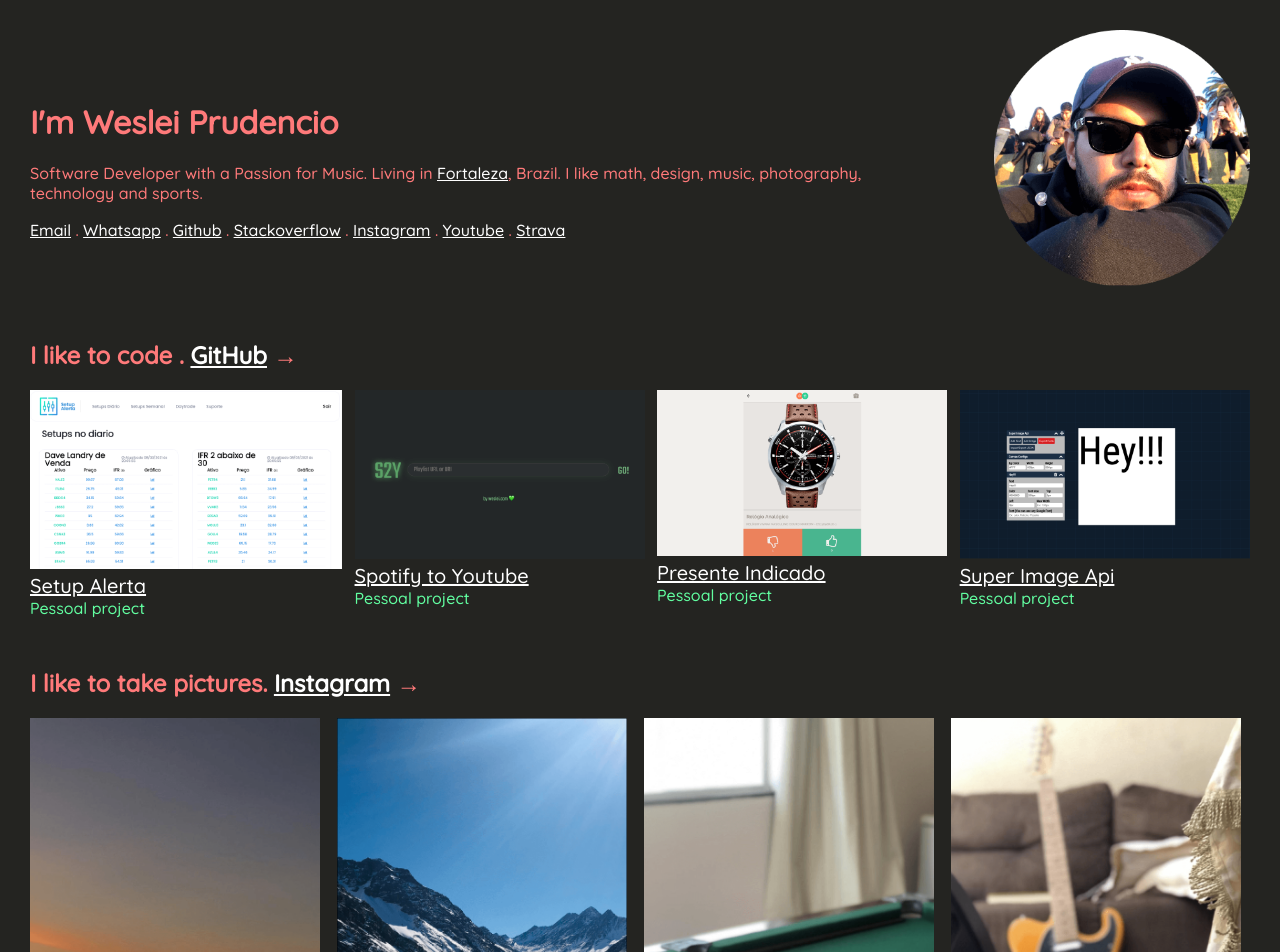
Repository: wprudencio/mywebsite
Page: index_src.html
These files come from the project's save history. The page is drawn as it stood at one moment and after the next save; the edit follows.
The browser window is 1280 px wide. The pictures show the part of the page from y = 0 to 952 px (the page is 1973 px tall before and 1962 px after).

Above is the page before, as saved 2021-04-15 21:17:11.

### index_src.html
<!DOCTYPE html>
<html lang="en">
  <head>
    <meta charset="UTF-8" />
    <meta name="viewport" content="width=device-width, initial-scale=1.0" />
    <meta http-equiv="X-UA-Compatible" content="ie=edge" />
    <meta name="description" content="Software Developer with a Passion for Music. I like math, design, music, photography, technology and sports.">
    <meta name="keywords" content="Software Engineer,nodejs,node,node.js,javascript,react,react-native,react,postgree,dokku,docker,css,html,fullstack,fullstack developer">
    <title>Weslei Prudencio - Fullstack Developer</title>
    <link rel="stylesheet" type="text/css" href="style.css" />
    <link rel="preconnect" href="https://fonts.gstatic.com" />
    <link rel="shortcut icon" href="img/favicon.ico">
    <link
      href="https://fonts.googleapis.com/css2?family=Quicksand:wght@500&display=swap"
      rel="stylesheet"
    />
  </head>
  <body>
    <div class="header">
      <div class="titles">
        <h1 class="title">I'm Weslei Prudencio</h1>
        <div class="subtile subcolor">
          Software Developer with a Passion for Music. Living in <a target="_blank" href="https://www.google.com/maps/search/fortaleza/@-3.7402515,-38.5448821,14.12z">Fortaleza</a>,
          Brazil. I like math, design, music, photography, technology and sports.
        </div>
        <div class="social-links">
          <a target="_blank" href="/img/contactme.png">Email</a> . <a target="_blank" href="https://api.whatsapp.com/send?phone=+5585997731370&text=hey!"> Whatsapp</a> . <a target="_blank" href="https://github.com/wprudencio">Github</a> .
          <a target="_blank" href="https://stackoverflow.com/users/1723176/weslei-prudencio">Stackoverflow</a> . <a target="_blank" href="https://www.instagram.com/wesprudencio/">Instagram</a> .
          <a target="_blank" href="https://www.youtube.com/user/wesleiwpa">Youtube</a> . <a target="_blank" href="https://www.strava.com/athletes/46133690">Strava</a>
        </div>
      </div>
      <div class="profile-picture"><img src="./img/weslei.png" /></div>
    </div>

    <section class="code">
      <h1 class="title">
        I like to code . <a href="https://github.com/wprudencio" target="_blank" class="subcolor">GitHub</a>
        <span class="hide-on-mobile">→</span>
      </h1>
      <div class="hide-on-mobile">

        <div class="code-content">
          <img src="img/screenshot_setupalerta.png" width="300" />
          <div class="title"><a class="title" href="https://www.setupalerta.com.br">Setup Alerta</a></div>
          <div class="subtitle">Pessoal project</div>
          <!-- <div class="description">
            Software Developer with a Passion for Design. Living in Fortaleza,
            Brazil. I like math, design, technology, and found in software
            development the perfect balance. Django
          </div> -->
        </div>
        <div class="code-content">
          <img src="img/screenshot_s2y.png" width="300" />
          <div class="title"><a class="title" href="https://spotifytoyoutube.weslei.com/">Spotify to Youtube</a></div>
          <div class="subtitle">Pessoal project</div>
          <!-- <div class="description">
            Software Developer with a Passion for Design. Living in Fortaleza,
            Brazil. I like math, design, technology, and found in software
            development the perfect balance. Django
          </div> -->
        </div>
        <div class="code-content">
          <img src="img/screenshot_presenteindicado.png" width="300" />
          <div class="title"><a class="title" href="https://presenteindicado.herokuapp.com/">Presente Indicado</a></div>
          <div class="subtitle">Pessoal project</div>
          <!-- <div class="description">
            Software Developer with a Passion for music and design. Living in Fortaleza,
            Brazil. I like music, design, technology, and found in software
            development the perfect balance. Django
          </div> -->
        </div>
        <div class="code-content">
          <img src="img/screenshot_superimageapi.png" width="300" />
          <div class="title"><a class="title" href="https://superimageapi.weslei.com/">Super Image Api</a></div>
          <div class="subtitle">Pessoal project</div>
          <!-- <div class="description">
            Software Developer with a Passion for music and design. Living in Fortaleza,
            Brazil. I like music, design, technology, and found in software
            development the perfect balance. Django
          </div> -->
        </div>
        <!-- <div class="code-content">
          <img src="img/screenshot_s2y.png" width="300" />
          <div class="title">Setup Alerta</div>
          <div class="subtitle">Pessoal project</div>
          <div class="description">
            Software Developer with a Passion for Design. Living in Fortaleza,
            Brazil. I like math, design, technology, and found in software
            development the perfect balance. Django
          </div>
        </div> -->
      </div>
    </section>

    <section class="photo">
      <h1 class="title">
        I like to take pictures. <a href="https://www.instagram.com/wesprudencio/" target="_blank" class="subcolor">Instagram</a href="">
        <span class="hide-on-mobile">→</span>
      </h1>
      <div class="section-content hide-on-mobile">
        <img src="img/photo1.png" />
        <img src="img/photo2.png" />
        <img src="img/photo3.png" />
        <img src="img/photo4.png" />
      </div>
    </section>
    <section class="music">
      <h1 class="title">
        I like to play . <a href="https://www.youtube.com/user/wesleiwpa" target="_blank" class="subcolor">YouTube</a>
        <span class="hide-on-mobile">→</span>
      </h1>
      <div class="section-content hide-on-mobile">
        <iframe
          src="https://www.youtube.com/embed/yPIpGEmBJB4"
          frameborder="0"
          allow="accelerometer; autoplay; clipboard-write; encrypted-media; gyroscope; picture-in-picture"
          allowfullscreen
        ></iframe>
        <iframe
          src="https://www.youtube.com/embed/cLxHDwdbUxs"
          frameborder="0"
          allow="accelerometer; autoplay; clipboard-write; encrypted-media; gyroscope; picture-in-picture"
          allowfullscreen
        ></iframe>
        <iframe
          src="https://www.youtube.com/embed/GoNQzONj6T8"
          frameborder="0"
          allow="accelerometer; autoplay; clipboard-write; encrypted-media; gyroscope; picture-in-picture"
          allowfullscreen
        ></iframe>
        <iframe
          src="https://www.youtube.com/embed/zvhm4AExjm4"
          frameborder="0"
          allow="accelerometer; autoplay; clipboard-write; encrypted-media; gyroscope; picture-in-picture"
          allowfullscreen
        ></iframe>
      </div>
    </section>

    <footer>Made with love in 🇧🇷</footer>


<!-- Global site tag (gtag.js) - Google Analytics -->
<script async src="https://www.googletagmanager.com/gtag/js?id=G-LMNC2LT64Z"></script>
<script>
  window.dataLayer = window.dataLayer || [];
  function gtag(){dataLayer.push(arguments);}
  gtag('js', new Date());

  gtag('config', 'G-LMNC2LT64Z');
</script><!-- Global site tag (gtag.js) - Google Analytics -->
<script async src="https://www.googletagmanager.com/gtag/js?id=G-LMNC2LT64Z"></script>
<script>
  window.dataLayer = window.dataLayer || [];
  function gtag(){dataLayer.push(arguments);}
  gtag('js', new Date());

  gtag('config', 'G-LMNC2LT64Z');
</script>
  </body>
</html>

### style.css
body {
  background-color: #242421;
  font-family: "Quicksand", sans-serif;
  color: #ff7a7a;
  max-width: 1400px;
  margin: 0 auto;
  padding: 30px;
}
section {
  margin-top: 50px;
}
a {
  color: #ffff;
}

.social-links {
  padding-top: 17px;
}

.header {
  display: flex;
  flex-direction: row;
  margin: auto;
}

.code > div {
  display: flex;
}

.code-content:not(:first-child) {
  /* border: 1px solid; */
  max-width: 23.8%;
  padding-left: 1%;
}

/* .code-content {
  margin: 2px;
} */
/*
.code-content :first-child {
  margin: 10px;
} */

.code-content > img {
  width: 100%;
}

.code-content .title {
  font-size: 20px;
}

.code-content .subtitle {
  color: #62ffa1;
}

.code-content .description {
  color: #ffff;
}

.header .titles {
  margin: auto 0;
}

.header .subtile {
  margin-right: 50px;
}

.profile-picture > img {
  width: 256px;
  margin: auto;
}

section.photo img {
  width: 23.8%;

  margin: auto;
}

section.photo img:not(:last-child) {
  padding-right: 1%;
}

section.music iframe {
  width: 23.8%;
  height: 500px;
}

section.music iframe:not(:last-child) {
  padding-right: 1%;
}
footer {
  margin-top: 40px;
}

@media only screen and (min-width: 1077px) {
}

@media only screen and (max-width: 800px) {
  .hide-on-mobile {
    display: none !important;
  }

  .profile-picture > img {
    width: 120px;
    margin: auto;
  }
}

After the next save:
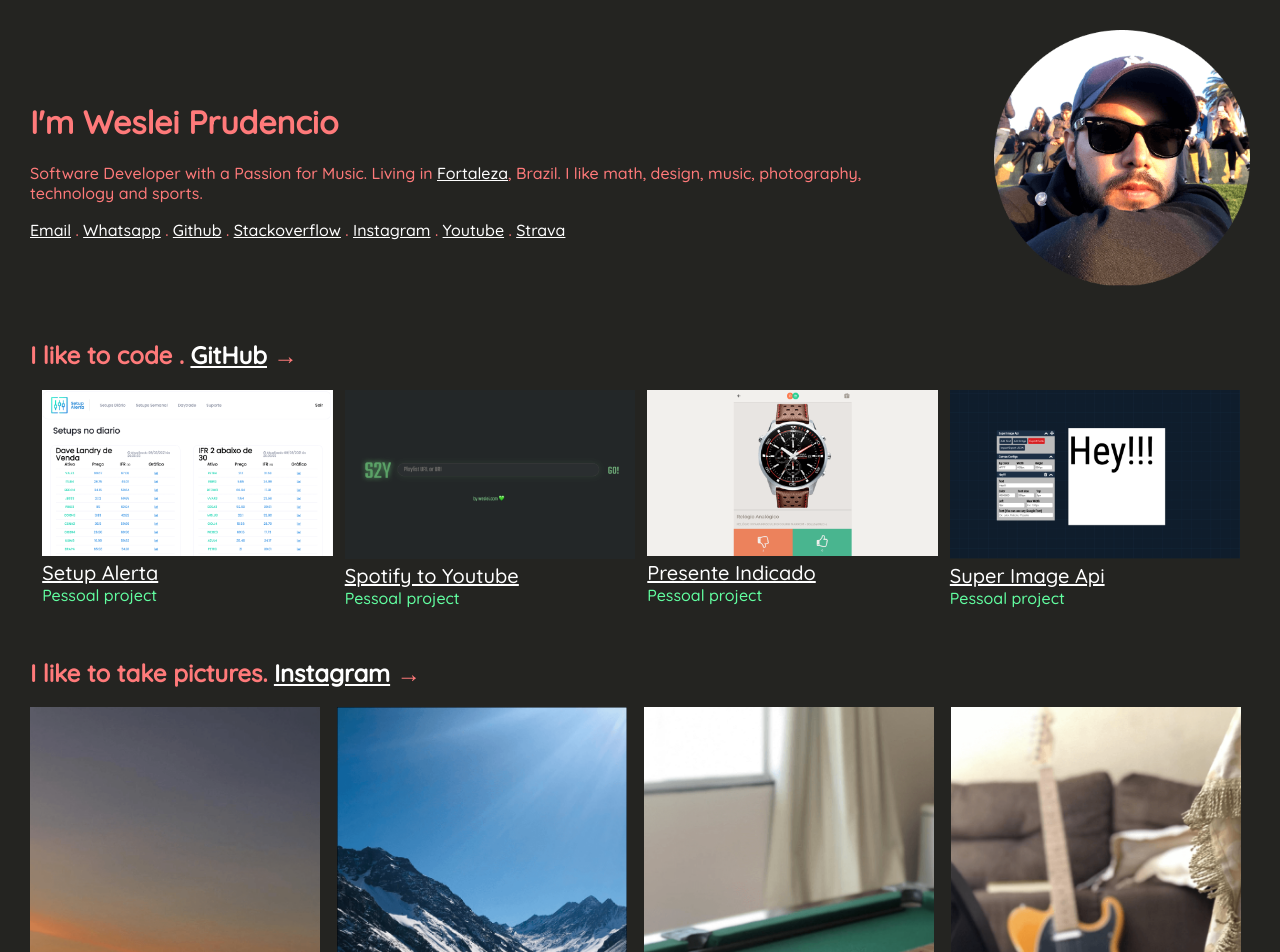
Saved 39 s later.
--- a/style.css
+++ b/style.css
@@ -27,7 +27,7 @@ a {
   display: flex;
 }
 
-.code-content:not(:first-child) {
+.code-content {
   /* border: 1px solid; */
   max-width: 23.8%;
   padding-left: 1%;
